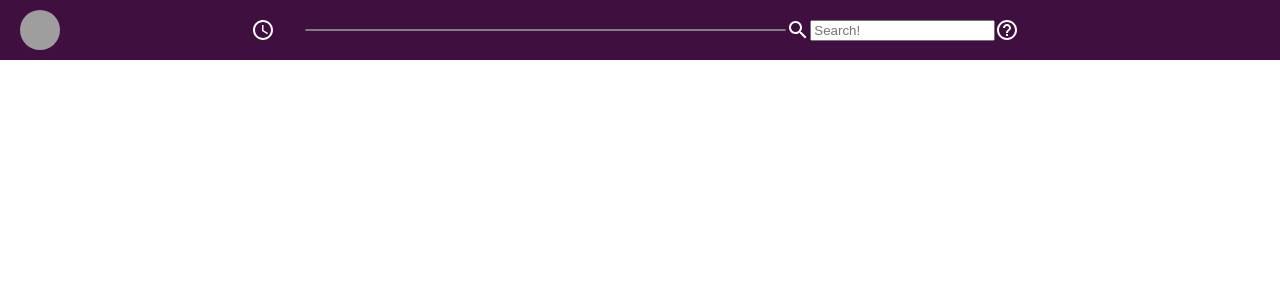
Repository: mminhaz93/React-Slack-Clone
Page: /
These files come from the project's save history. The page is drawn as it stood at one moment and after the next save; the edit follows.
The browser window is 1280 px wide. The pictures show the whole page.
Pictures or frames that could not be fetched are drawn as grey boxes. The project was rebuilt for these pictures with package versions that can differ from the ones it lists, and the page was loaded fresh each time.

Above is the page before, as saved 2020-08-13 20:17:05.

### src/App.js
import React from 'react';
import './App.css';
import Header from "./Header"

function App() {
  return (
    <div className="App">
      <Header />
    </div>
  );
}

export default App;

### src/Header.js
import React from "react";
import "./Header.css";
import { Avatar } from "@material-ui/core";
import { AccessTime, Search, HelpOutline } from "@material-ui/icons";

const Header = () => {
  return (
    <div className="header">
      <div className="headerLeft">
        <Avatar className="headerAvatar" alt="Safak" src="safak" />
        <AccessTime />
      </div>
      <div className="headerSearch"></div>
        <Search />
        <input placeholder="Search!" />
      <div className="headerRight">
        <HelpOutline />
      </div>
    </div>
  );
};

export default Header;

### src/Header.css
.header {
  display: flex;
  align-items: center;
  justify-content: space-between;
  padding: 10px 0;
  background-color: var(--slack-color);
  color: white;
}

.headerLeft {
  flex: 0.3;
  display: flex;
  align-items: center;
  margin-left: 20px;
}

.headerLeft > .MuiSvgIcon-root {
  margin-left: auto;
  margin-right: 30px;
}

.headerSearch {
  flex: 0.4;
  background-color: #421f44;
  text-align: center;
  display: flex;
  padding: 0 50px;
  color: gray;
  border: 1px solid gray;
  border-radius: 6px;
}

.headerSearch > input {
  background-color: black;
  border: none;
  text-align: center;
  min-width: 35vw;
}

.headerRight {
  flex: 0.3;
  display: flex;
  align-items: flex-end;
}

Loaded but not shown: public/index.html (common file); src/index.js (common file); src/index.css (common file); src/serviceWorker.js (common file); src/App.css (common file)

After the next save:
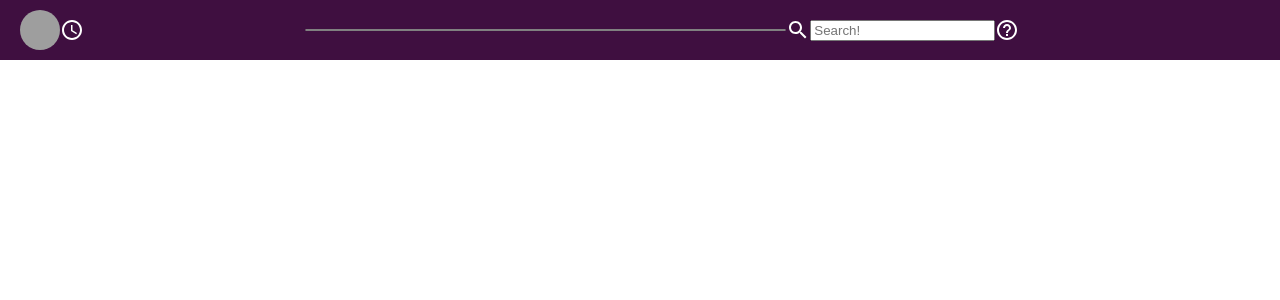
Saved 36 s later.
--- a/src/Header.css
+++ b/src/Header.css
@@ -14,7 +14,7 @@
   margin-left: 20px;
 }
 
-.headerLeft > .MuiSvgIcon-root {
+.headerLeft > MuiSvgIcon-root {
   margin-left: auto;
   margin-right: 30px;
 }

After the save that followed:
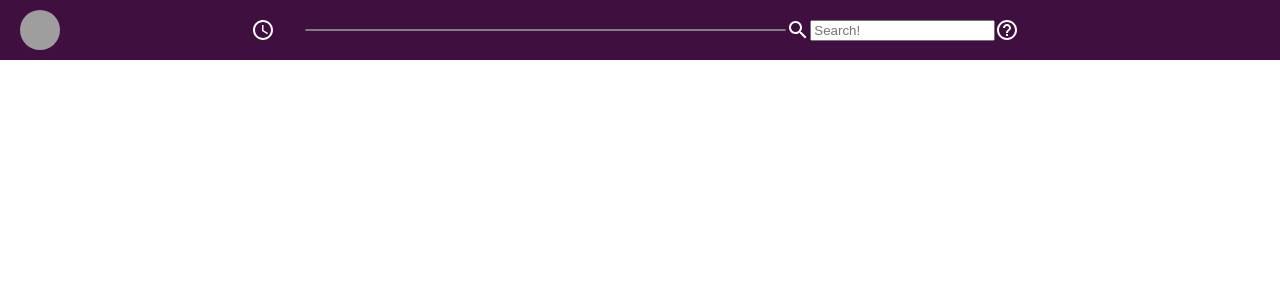
Saved 29 s later.
--- a/src/Header.css
+++ b/src/Header.css
@@ -14,7 +14,7 @@
   margin-left: 20px;
 }
 
-.headerLeft > MuiSvgIcon-root {
+.headerLeft > .MuiSvgIcon-root {
   margin-left: auto;
   margin-right: 30px;
 }
